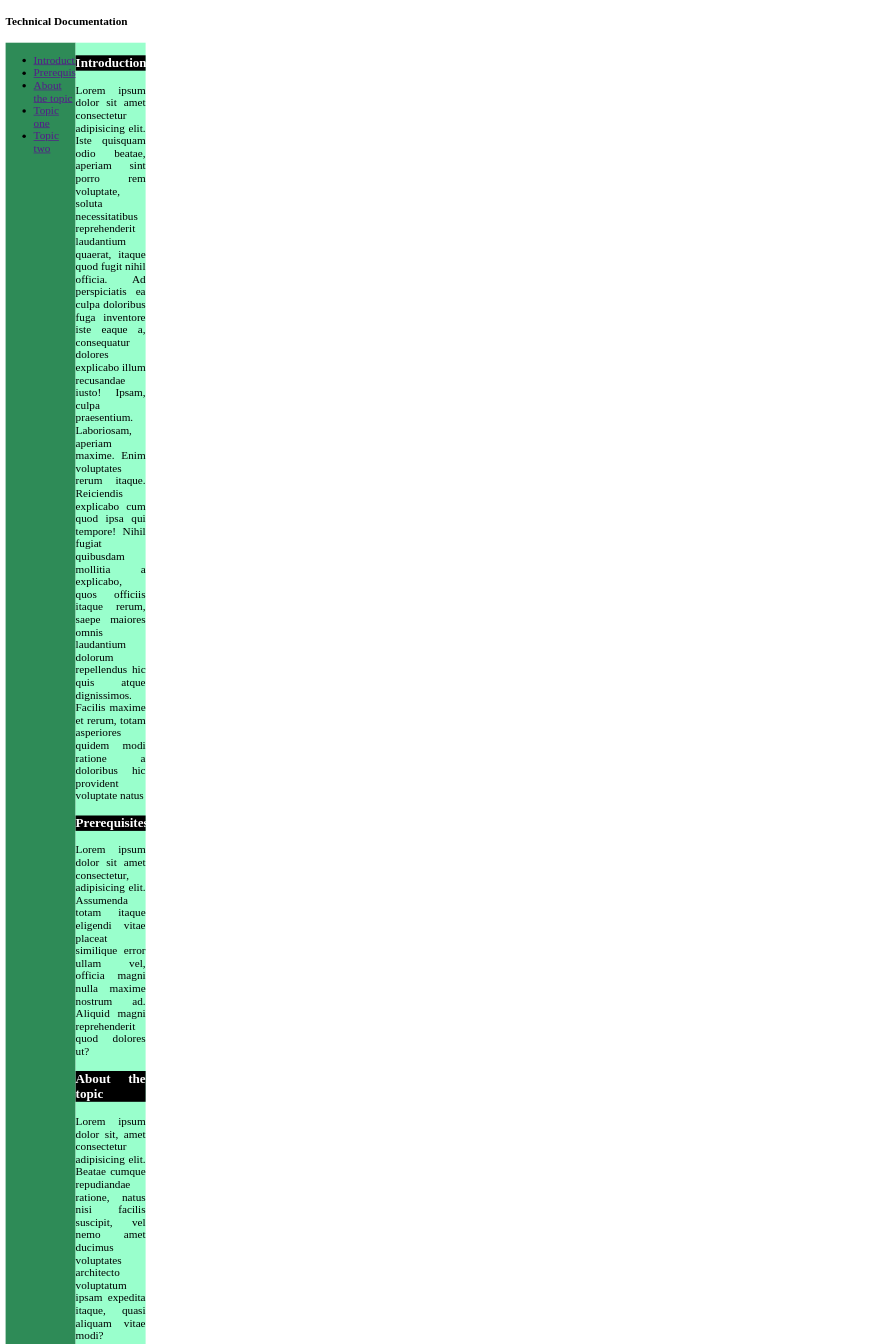
Repository: JoaoLemesDEV/Excercise-Tech-Documentation-Page
Page: index.html
These files come from the project's save history. The page is drawn as it stood at one moment and after the next save; the edit follows.
The browser window is 1280 px wide. The pictures show the part of the page from y = 0 to 1920 px (the page is 2690 px tall before and 766 px after), at 70% of full size.

Above is the page before, as saved 2021-10-03 21:25:36.

### index.html
<!DOCTYPE html>
<html lang="en">
  <head>
    <meta charset="UTF-8" />
    <meta http-equiv="X-UA-Compatible" content="IE=edge" />
    <meta name="viewport" content="width=device-width, initial-scale=1.0" />
    <title>Technical Documentaion</title>
    <link rel="stylesheet" href="index.css" />
  </head>
  <body>
    <header><h4>Technical Documentation</h4></header>
    <div class="wrapper">
      <div id="menu">
        <nav>
          <ul>
            <li><a href="">Introduction</a></li>
            <li><a href="">Prerequisites</a></li>
            <li><a href="">About the topic</a></li>
            <li><a href="">Topic one</a></li>
            <li><a href="">Topic two</a></li>
          </ul>
        </nav>
      </div>
      <div id="contents">
        <section id="introduction">
          <h3 style="background: black; color: white">Introduction</h3>
          <p>
            Lorem ipsum dolor sit amet consectetur adipisicing elit. Iste
            quisquam odio beatae, aperiam sint porro rem voluptate, soluta
            necessitatibus reprehenderit laudantium quaerat, itaque quod fugit
            nihil officia. Ad perspiciatis ea culpa doloribus fuga inventore
            iste eaque a, consequatur dolores explicabo illum recusandae iusto!
            Ipsam, culpa praesentium. Laboriosam, aperiam maxime. Enim
            voluptates rerum itaque. Reiciendis explicabo cum quod ipsa qui
            tempore! Nihil fugiat quibusdam mollitia a explicabo, quos officiis
            itaque rerum, saepe maiores omnis laudantium dolorum repellendus hic
            quis atque dignissimos. Facilis maxime et rerum, totam asperiores
            quidem modi ratione a doloribus hic provident voluptate natus
          </p>
        </section>
        <section id="Prerequisites">
          <h3 style="background: black; color: white">Prerequisites</h3>
          <p>
            Lorem ipsum dolor sit amet consectetur, adipisicing elit. Assumenda
            totam itaque eligendi vitae placeat similique error ullam vel,
            officia magni nulla maxime nostrum ad. Aliquid magni reprehenderit
            quod dolores ut?
          </p>
        </section>
        <section id="about the topic">
          <h3 style="background: black; color: white">About the topic</h3>
          <p>
            Lorem ipsum dolor sit, amet consectetur adipisicing elit. Beatae
            cumque repudiandae ratione, natus nisi facilis suscipit, vel nemo
            amet ducimus voluptates architecto voluptatum ipsam expedita itaque,
            quasi aliquam vitae modi?
          </p>
        </section>
        <section id="topic one">
          <h3 style="background: black; color: white">Topic one</h3>
          <p>
            Lorem ipsum dolor sit, amet consectetur adipisicing elit.
            Consectetur modi quidem minima, reprehenderit autem itaque, in
            voluptas laudantium quam ratione animi fuga voluptatum aut beatae
            dolorem velit soluta? Amet, quo.
          </p>
        </section>
        <section id="topic two">
          <h3 style="background: black; color: white">Topic two</h3>
          <p>
            Lorem ipsum dolor sit amet consectetur adipisicing elit. Quia,
            possimus fugit deleniti, maiores asperiores non dolores optio magnam
            aspernatur amet dolore ipsum in quaerat assumenda neque totam sunt
            odit dolorum.
          </p>
        </section>
      </div>
    </div>
  </body>
</html>

### index.css
.wrapper {
    display: grid;
    grid-template-columns: 100px 100px 200px;
    //grid-template-rows: 150px 150px;
}

#menu{
background-color: seagreen;
grid-row-start: 1;
grid-row-end: 2;
}

#contents{
  background-color: cadetblue;
	background: #9FC;
  text-align: justify;
  grid-row-start: 1;
  grid-row-end: 2;
}

After the next save:
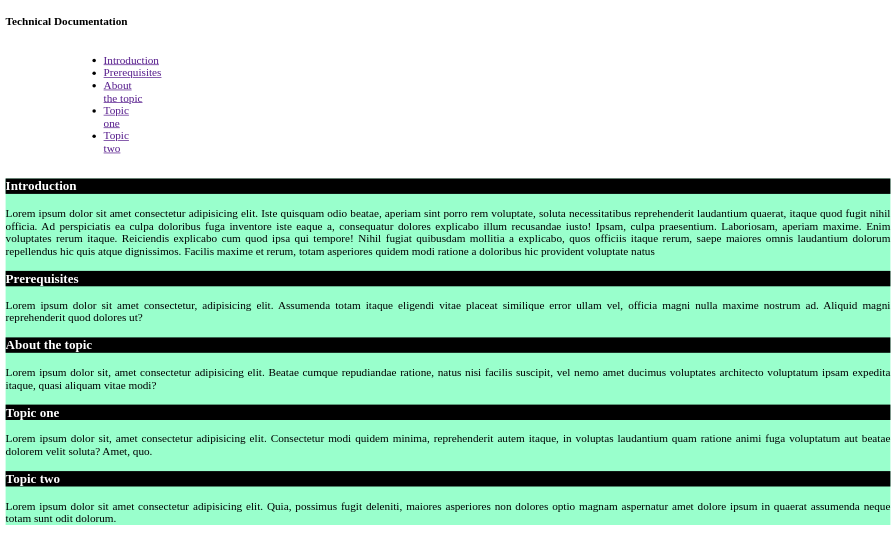
Saved 27 s later.
--- a/index.html
+++ b/index.html
@@ -10,7 +10,7 @@
   <body>
     <header><h4>Technical Documentation</h4></header>
     <div class="wrapper">
-      <div id="menu">
+      <aside></aside>
         <nav>
           <ul>
             <li><a href="">Introduction</a></li>
